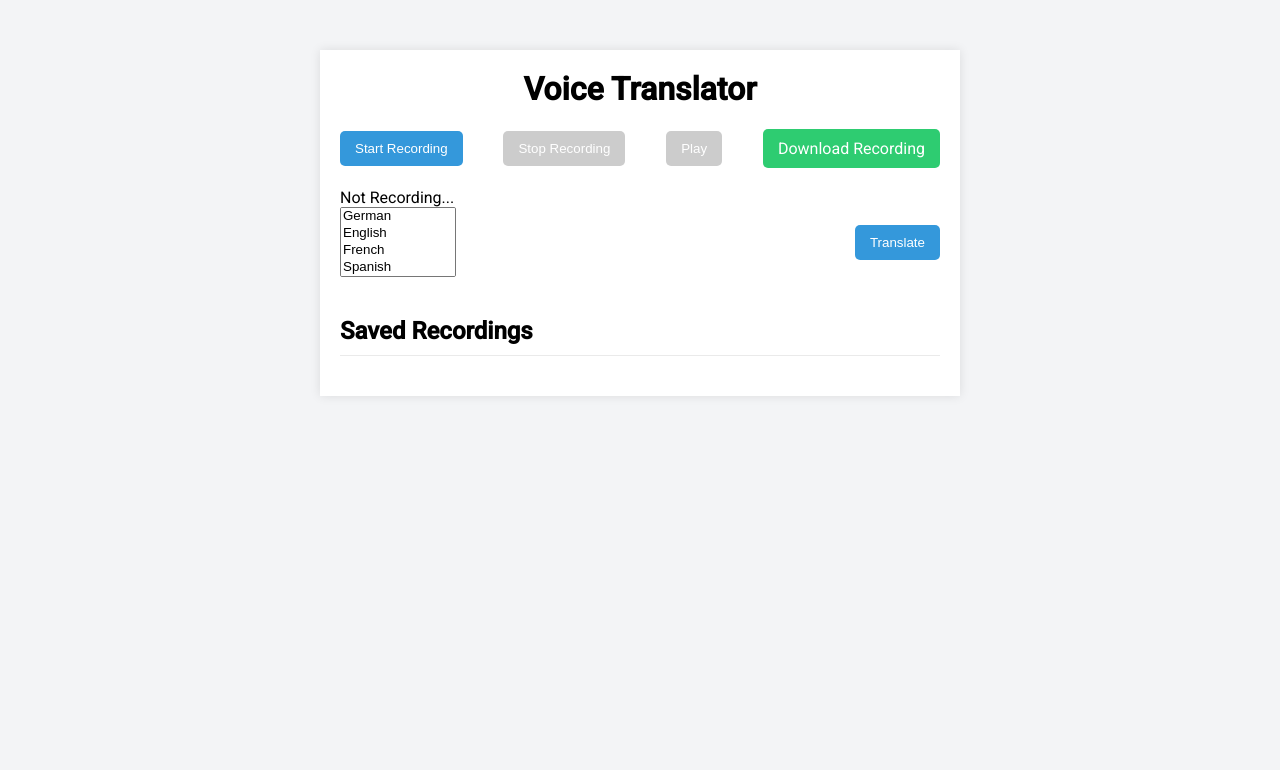
Repository: Tobby004/voice-and-text-translator
Page: index.html
An editor plug-in stored every save of this project. The page is shown before and after the next save, followed by the edit.
The browser window is 1280 px wide. The pictures show the whole page.

Above is the page before, as saved 2023-09-01 12:49:07.
Console error: ReferenceError: populateLanguageDropdown is not defined

After the next save:
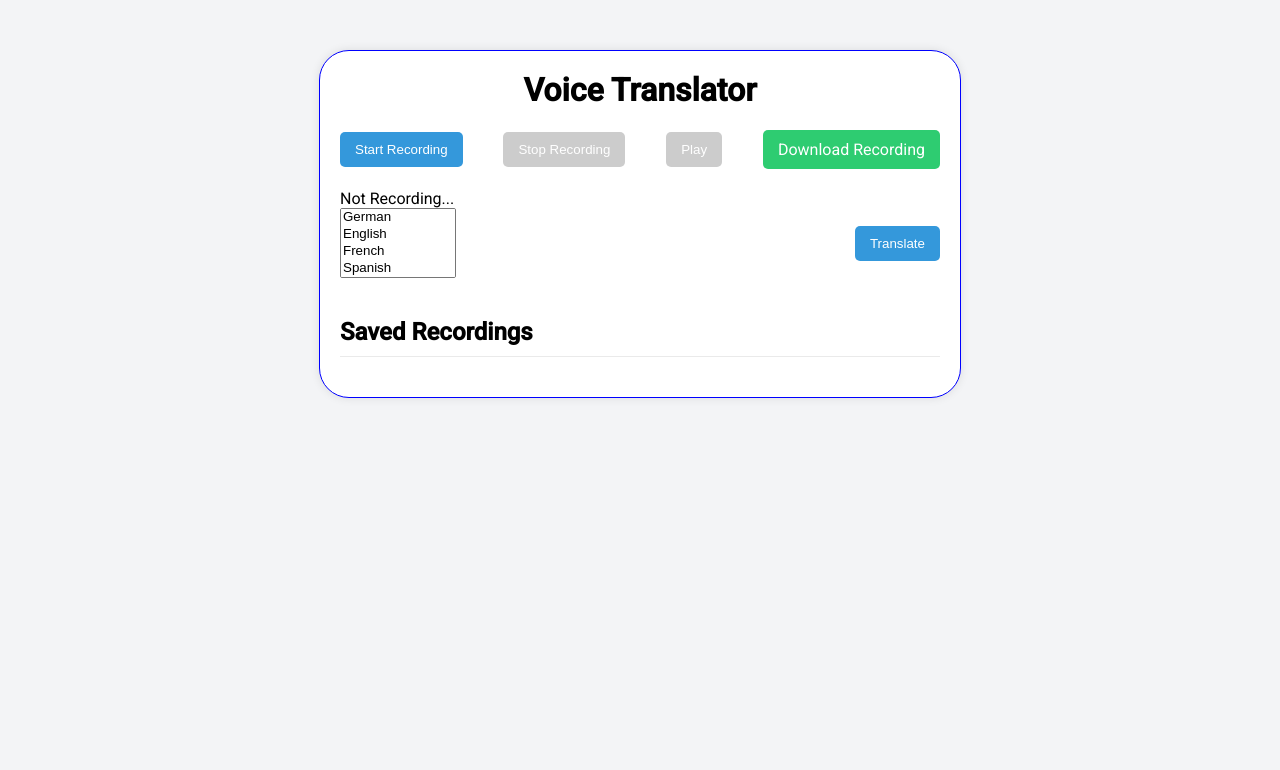
Saved 4 min 27 s later.
--- a/style.css
+++ b/style.css
@@ -11,6 +11,8 @@ body, html {
     padding: 20px;
     background-color: #fff;
     box-shadow: 0px 0px 10px rgba(0,0,0,0.1);
+    border-radius: 30px;
+    border: solid blue 0.5px;
 }
 
 h1 {
